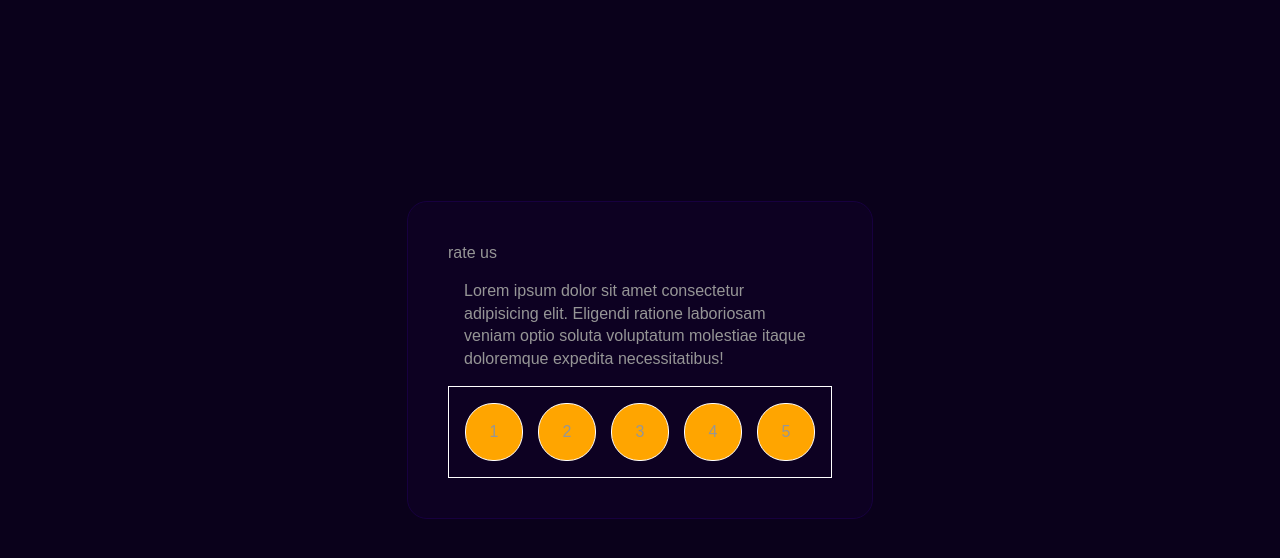
Repository: russel-success/xcodepp-TASK-2
Page: index.html
An editor plug-in stored every save of this project. The page is shown before and after the next save, followed by the edit.
The browser window is 1280 px wide. The pictures show the whole page.

Above is the page before, as saved 2024-05-24 23:02:54.

### index.html
<!DOCTYPE html>
<html lang="en">
<head>
    <meta charset="UTF-8">
    <meta name="viewport" content="width=device-width, initial-scale=1.0">
    <link rel="stylesheet" href="styles/styles.css">
    <title>Ratings</title>
</head>
<body>
    <div class="container">
        <div class="card-container">
            <div class="rate-us">
                <span></span><span><p>rate us</p></span>
            </div>
            <div class="body-text-container"><p class="body-text">Lorem ipsum dolor sit amet consectetur adipisicing elit. Eligendi ratione laboriosam veniam optio soluta voluptatum molestiae itaque doloremque expedita necessitatibus!</p>
            </div>
            <div class="ratings-container">
                <div class="rating">1</div>
                <div class="rating">2</div>
                <div class="rating">3</div>
                <div class="rating">4</div>
                <div class="rating">5</div>
            </div>
        </div>
    </div>
</body>
</html>

### styles/styles.css
/* :root{
    --prim-purple:rgb(8, 1, 30)
} */
*{
    padding:0;
    margin:0;
}
.container{
    background:rgb(10, 1, 27);
    width:100vw;
    height:100vh;
    display:flex;
    justify-content: center;
    align-items: center;
}
.card-container{
    width:30%;
    height:fit-content;
    padding:40px;
    border-radius: 20px;
    border:1px solid rgb(23, 0, 63);
    background:rgb(13, 1, 34);
    color:rgb(150, 150, 150);
    font-family:Arial, Helvetica, sans-serif;
    line-height: 1.4rem;
    font-weight:100
}
.body-text-container{
    width:fit-content;
    height:fit-content;
    padding:16px;
}
.body-text{
    color:inherit;
}
.ratings-container{
    display:flex;
    justify-content:space-between;
    align-items: center;
    width:auto;
    border:1px solid white;
    padding:16px;
}
.rating{
    border:1px solid white;
    width:56px;
    height:56px;
    text-align:center;
    align-content:center;
    border-radius:28px;
    background:orange;
}

After the next save:
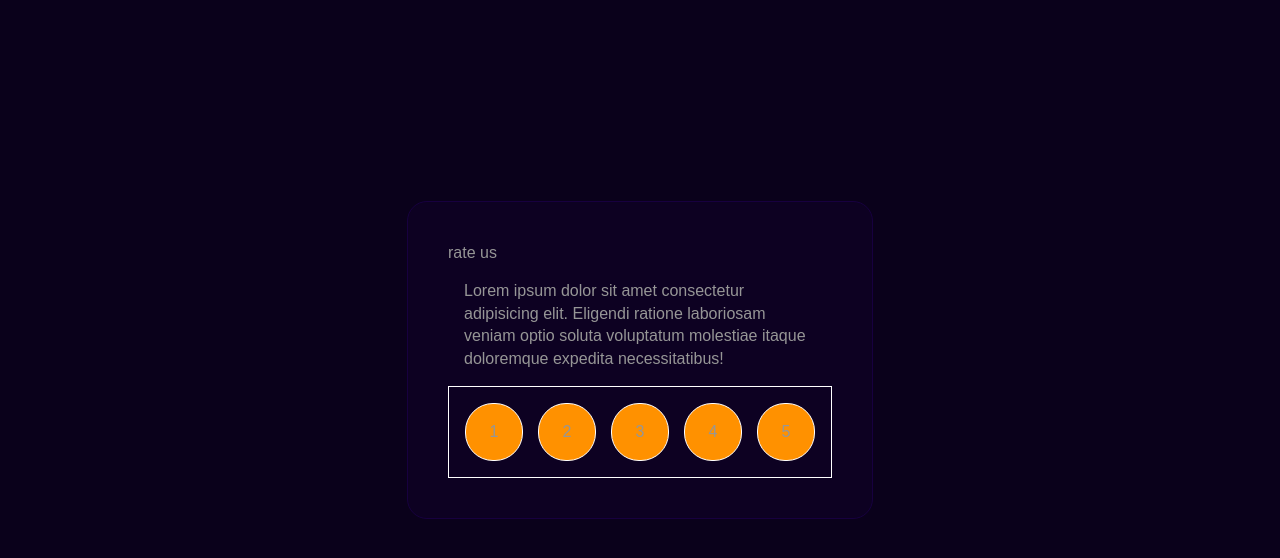
Saved 9 s later.
--- a/styles/styles.css
+++ b/styles/styles.css
@@ -48,5 +48,5 @@
     text-align:center;
     align-content:center;
     border-radius:28px;
-    background:orange;
+    background:rgb(255, 145, 0);
 }
